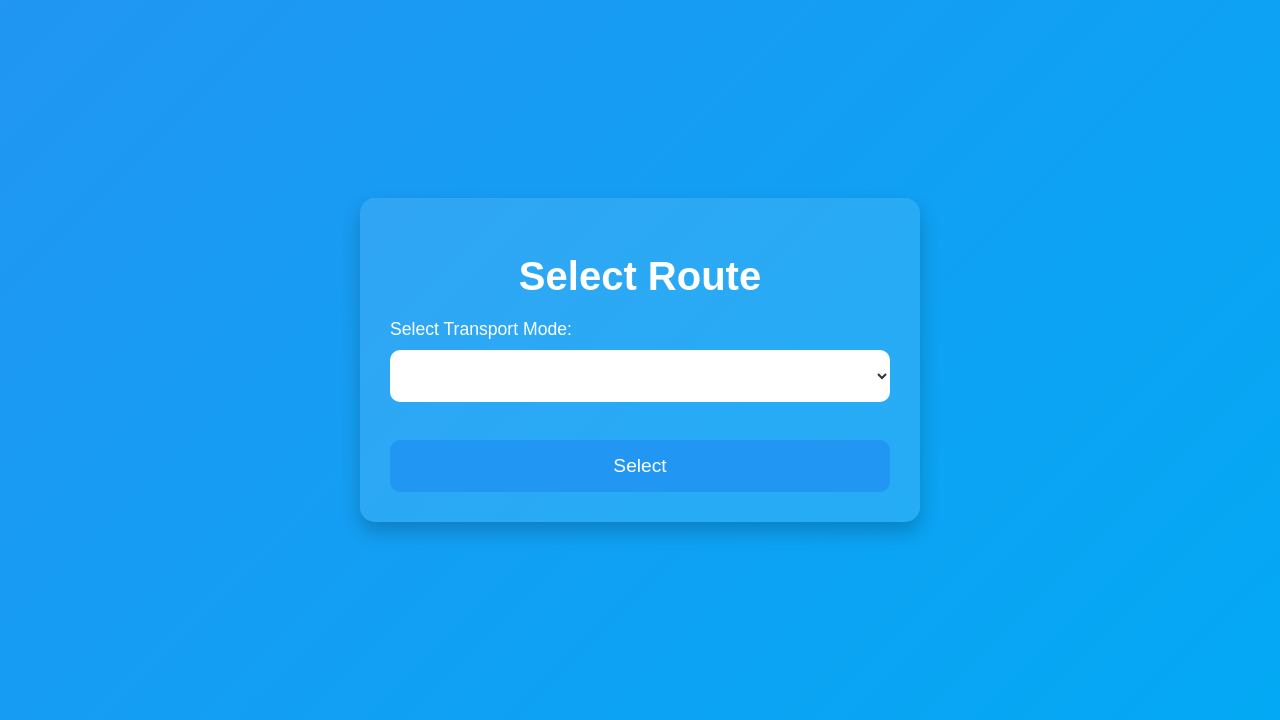
Repository: harutoNaiz/urban-mobility-system
Page: http://localhost/select_route
The author's editor kept a copy of each file at every save. The page is drawn from the files as they stood at one save, then again after the next save.
The browser window is 1280 px wide. The pictures show the whole page.
The page is served by the project's application, run on Flask 3 (app.py). Queries for data that is not in the repository find no rows.

Above is the page before, as saved 2024-11-15 13:40:28.

### app.py
from flask import Flask, render_template, request, redirect, url_for, jsonify, session
import pymysql
import json
from datetime import datetime, time

# Import database config
# config.py
DB_CONFIG = {
    'host': 'localhost',
    'user': 'root',
    'password': '',
    'db': 'urban_mobility1',
    'charset': 'utf8mb4',
    'cursorclass': pymysql.cursors.DictCursor
}

app = Flask(__name__)
app.secret_key = 'your_secret_key'  # Set a secret key for the session

# Connect to the MySQL database
def get_db_connection():
    return pymysql.connect(**DB_CONFIG)

# Add these imports to your existing Flask imports
from functools import wraps

# Admin authentication decorator
def admin_required(f):
    @wraps(f)
    def decorated_function(*args, **kwargs):
        if not session.get('is_admin'):
            return redirect(url_for('admin_login'))
        return f(*args, **kwargs)
    return decorated_function

# Add these routes to your existing Flask application
@app.route('/admin_login', methods=['GET', 'POST'])
def admin_login():
    if request.method == 'POST':
        username = request.form['username']
        password = request.form['password']

        connection = get_db_connection()
        with connection.cursor() as cursor:
            cursor.execute("SELECT * FROM AdminUsers WHERE Username = %s AND Password = %s",
                         (username, password))
            admin = cursor.fetchone()
        connection.close()

        if admin:
            session['is_admin'] = True
            return redirect(url_for('admin_dashboard'))
        else:
            return "Invalid admin credentials", 401

    return render_template('admin_login.html')

@app.route('/admin_dashboard')
@admin_required
def admin_dashboard():
    connection = get_db_connection()
    with connection.cursor() as cursor:
        # Fetch service providers
        cursor.execute("SELECT * FROM ServiceProviders")
        providers = cursor.fetchall()

        # Fetch transport modes
        cursor.execute("SELECT * FROM TransportModes")
        transport_modes = cursor.fetchall()

        # Fetch all payments
        cursor.execute("""
            SELECT p.*, u.Name as UserName
            FROM Payments p
            JOIN Users u ON p.UserID = u.UserID
            ORDER BY PaymentDate DESC
        """)
        payments = cursor.fetchall()

    connection.close()
    return render_template('admin_dashboard.html',
                         providers=providers,
                         transport_modes=transport_modes,
                         payments=payments)

@app.route('/admin/add_provider', methods=['POST'])
@admin_required
def add_provider():
    if request.method == 'POST':
        name = request.form['name']
        contact_info = json.dumps({
            'email': request.form['email'],
            'phone': request.form['phone']
        })
        provider_type = request.form['type']
        fleet_size = request.form['fleet_size']
        service_area = json.dumps({
            'area': request.form['service_area']
        })

        connection = get_db_connection()
        with connection.cursor() as cursor:
            cursor.execute("""
                INSERT INTO ServiceProviders (Name, ContactInfo, Type, FleetSize, ServiceArea)
                VALUES (%s, %s, %s, %s, %s)
            """, (name, contact_info, provider_type, fleet_size, service_area))
            connection.commit()
        connection.close()

        return redirect(url_for('admin_dashboard'))

# Add this new route to your Flask application
@app.route('/admin/delete_provider/<int:provider_id>', methods=['POST'])
@admin_required
def delete_provider(provider_id):
    connection = get_db_connection()
    try:
        with connection.cursor() as cursor:
            # First check if there are any transport modes associated with this provider
            cursor.execute("SELECT COUNT(*) as count FROM TransportModes WHERE ProviderID = %s", (provider_id,))
            result = cursor.fetchone()

            if result['count'] > 0:
                return jsonify({
                    'success': False,
                    'message': 'Cannot delete provider with associated transport modes'
                }), 400

            # Fixed SQL query - removed incorrect quotes around table and column names
            cursor.execute("DELETE FROM ServiceProviders WHERE ProviderID = %s", (provider_id,))
            connection.commit()

            return jsonify({
                'success': True,
                'message': 'Provider deleted successfully'
            })

    except Exception as e:
        connection.rollback()
        return jsonify({
            'success': False,
            'message': str(e)
        }), 500
    finally:
        connection.close()

@app.route('/admin/add_transport', methods=['POST'])
@admin_required
def add_transport():
    if request.method == 'POST':
        mode_type = request.form['mode_type']
        provider_id = request.form['provider_id']
        capacity = request.form['capacity']
        schedule = json.dumps({
            'weekday': request.form['weekday_schedule'],
            'weekend': request.form['weekend_schedule']
        })

        connection = get_db_connection()
        with connection.cursor() as cursor:
            cursor.execute("""
                INSERT INTO TransportModes (ModeType, ProviderID, Capacity, Schedule)
                VALUES (%s, %s, %s, %s)
            """, (mode_type, provider_id, capacity, schedule))
            connection.commit()
        connection.close()

        return redirect(url_for('admin_dashboard'))

@app.route('/admin_logout')
def admin_logout():
    session.pop('is_admin', None)
    return redirect(url_for('sign_in'))

# Inject payment history for user into the context
@app.context_processor
def inject_payments():
    user_id = session.get('user_id')
    payments = []
    if user_id:
        connection = get_db_connection()
        with connection.cursor() as cursor:
            # CRUDE OPERATION: Select recent payment history
            cursor.execute("""
                SELECT Amount, PaymentDate, PaymentMethod
                FROM Payments
                WHERE UserID = %s
                ORDER BY PaymentDate DESC
                LIMIT 5
            """, (user_id,))
            payments = cursor.fetchall()
        connection.close()
    return {'payments': payments}

@app.route('/')
def index():
    return redirect(url_for('sign_in'))

# Sign-in page for existing users
@app.route('/sign_in', methods=['GET', 'POST'])
def sign_in():
    if request.method == 'POST':
        email = request.form['email']
        password = request.form['password']
        connection = get_db_connection()

        with connection.cursor() as cursor:
            # CRUDE OPERATION: Call stored procedure to fetch user by email and password
            cursor.callproc('sp_get_user_by_email_password', (email, password))
            user = cursor.fetchone()

        connection.close()

        if user:
            session['user_id'] = user['UserID']  # Session storage
            return redirect(url_for('select_route'))
        else:
            return "User not found", 404

    return render_template('sign_in.html')

# Register a new user
@app.route('/register', methods=['GET', 'POST'])
def register_user():
    if request.method == 'POST':
        name = request.form['name']
        phone = request.form['phone']
        email = request.form['email']
        password = request.form['password']
        preferred_transport = request.form['preferred_transport']

        connection = get_db_connection()
        with connection.cursor() as cursor:
            # CRUDE OPERATION: Insert new user via function
            cursor.execute("SELECT RegisterUser(%s, %s, %s, %s, %s) AS new_user_id",
                           (name, phone, email, password, preferred_transport))
            new_user_id = cursor.fetchone()['new_user_id']
            connection.commit()
        connection.close()

        session['user_id'] = new_user_id
        return redirect(url_for('sign_in'))

    return render_template('register.html')

# Route selection with congestion suggestion
@app.route('/select_route', methods=['GET', 'POST'])
def select_route():
    user_id = session.get('user_id')

    if request.method == 'POST':
        route_id = request.form['route_id']

        # CRUDE OPERATION: Check congestion level for route
        connection = get_db_connection()
        with connection.cursor() as cursor:
            cursor.execute("SELECT CheckTrafficWarning(%s) AS traffic_warning", (route_id,))
            traffic_warning = cursor.fetchone()['traffic_warning']
        connection.close()

        if traffic_warning:
            return render_template('congestion_warning.html', traffic_warning=traffic_warning, route_id=route_id, user_id=user_id)
        else:
            return redirect(url_for('suggest_routes', route_id=route_id, user_id=user_id))

    # CRUDE OPERATION: Fetch available routes
    connection = get_db_connection()
    with connection.cursor() as cursor:
        cursor.execute("SELECT * FROM Routes")
        routes = cursor.fetchall()
    connection.close()

    return render_template('select_route.html', routes=routes, user_id=user_id)

# Handle budget input and show options
@app.route('/suggest_routes', methods=['POST'])
def suggest_routes():
    user_id = session.get('user_id')

    if not user_id:
        return jsonify({'message': 'User not authenticated.'}), 401

    budget = float(request.form['budget'])
    route_id = int(request.form['route_id'])

    connection = get_db_connection()
    with connection.cursor() as cursor:
        # Call stored procedure to suggest routes within budget
        cursor.callproc('sp_suggest_routes', (route_id, budget))
        suggested_routes = cursor.fetchall()
    connection.close()

    return render_template('payment.html', suggested_routes=suggested_routes, user_id=user_id)


@app.route('/admin/traffic/update/<int:route_id>', methods=['POST'])
@admin_required
def update_traffic(route_id):
    """Update traffic levels for a specific route"""
    connection = get_db_connection()
    try:
        with connection.cursor() as cursor:
            # First get current occupancy data
            cursor.execute("""
                SELECT tm.CurrentOccupancy, tm.Capacity, r.CurrentTrafficLevel
                FROM Routes r
                JOIN TransportModes tm ON r.TransportModeID = tm.TransportModeID
                WHERE r.RouteID = %s
            """, (route_id,))
            route_data = cursor.fetchone()

            if not route_data:
                return jsonify({
                    'success': False,
                    'message': 'Route not found'
                }), 404

            # Calculate occupancy ratio
            occupancy_ratio = (route_data['CurrentOccupancy'] / route_data['Capacity']) * 100

            # Determine new traffic level
            new_traffic_level = determine_traffic_level(
                occupancy_ratio=occupancy_ratio,
                current_time=datetime.now().time(),
                route_id=route_id,
                cursor=cursor
            )

            # Update route traffic level
            cursor.execute("""
                UPDATE Routes
                SET CurrentTrafficLevel = %s
                WHERE RouteID = %s
            """, (new_traffic_level, route_id))

            # Log traffic condition
            cursor.execute("""
                INSERT INTO TrafficConditions
                (RouteID, CongestionLevel, RealTimeUpdates)
                VALUES (%s, %s, NOW())
            """, (route_id, new_traffic_level))

            connection.commit()

            return jsonify({
                'success': True,
                'message': f'Traffic updated to {new_traffic_level}',
                'new_traffic_level': new_traffic_level,
                'occupancy_ratio': occupancy_ratio
            })

    except Exception as e:
        connection.rollback()
        return jsonify({
            'success': False,
            'message': str(e)
        }), 500
    finally:
        connection.close()

@app.route('/admin/traffic/monitor', methods=['GET'])
@admin_required
def monitor_traffic():
    """Get traffic monitoring dashboard data"""
    connection = get_db_connection()
    try:
        with connection.cursor() as cursor:
            # Get all active routes with their current traffic status
            cursor.execute("""
                SELECT
                    r.RouteID,
                    r.StartPoint,
                    r.EndPoint,
                    r.CurrentTrafficLevel,
                    tm.CurrentOccupancy,
                    tm.Capacity,
                    sp.Name as ProviderName,
                    tc.IncidentReports,
                    tc.WeatherImpact,
                    tc.RealTimeUpdates
                FROM Routes r
                JOIN TransportModes tm ON r.TransportModeID = tm.TransportModeID
                JOIN ServiceProviders sp ON tm.ProviderID = sp.ProviderID
                LEFT JOIN (
                    SELECT
                        RouteID,
                        IncidentReports,
                        WeatherImpact,
                        RealTimeUpdates,
                        ROW_NUMBER() OVER (PARTITION BY RouteID ORDER BY RealTimeUpdates DESC) as rn
                    FROM TrafficConditions
                ) tc ON tc.RouteID = r.RouteID AND tc.rn = 1
            """)
            routes = cursor.fetchall()

            # Calculate statistics
            traffic_stats = {
                'high_traffic_routes': len([r for r in routes if r['CurrentTrafficLevel'] == 'High']),
                'medium_traffic_routes': len([r for r in routes if r['CurrentTrafficLevel'] == 'Medium']),
                'low_traffic_routes': len([r for r in routes if r['CurrentTrafficLevel'] == 'Low']),
                'total_routes': len(routes)
            }

            return jsonify({
                'success': True,
                'routes': routes,
                'statistics': traffic_stats
            })

    except Exception as e:
        return jsonify({
            'success': False,
            'message': str(e)
        }), 500
    finally:
        connection.close()

def determine_traffic_level(occupancy_ratio, current_time, route_id, cursor):
    """
    Determine traffic level based on multiple factors:
    - Current occupancy
    - Time of day
    - Historical patterns
    - Weather impact (if available)
    """
    # Base traffic level from occupancy
    if occupancy_ratio >= 80:
        base_level = 'High'
    elif occupancy_ratio >= 50:
        base_level = 'Medium'
    else:
        base_level = 'Low'

    # Time-based adjustments (peak hours)
    peak_morning_start = time(7, 0)  # 7:00 AM
    peak_morning_end = time(9, 0)    # 9:00 AM
    peak_evening_start = time(16, 0) # 4:00 PM
    peak_evening_end = time(18, 0)   # 6:00 PM

    is_peak_time = (
        (peak_morning_start <= current_time <= peak_morning_end) or
        (peak_evening_start <= current_time <= peak_evening_end)
    )

    # Check weather impact
    cursor.execute("""
        SELECT WeatherImpact
        FROM TrafficConditions
        WHERE RouteID = %s
        ORDER BY RealTimeUpdates DESC
        LIMIT 1
    """, (route_id,))
    weather_data = cursor.fetchone()

    has_weather_impact = (
        weather_data and
        weather_data['WeatherImpact'] and
        weather_data['WeatherImpact'].lower() not in ['clear', 'none', '']
    )

    # Adjust traffic level based on factors
    if is_peak_time and base_level != 'High':
        # Increase traffic level during peak hours
        if base_level == 'Low':
            return 'Medium'
        elif base_level == 'Medium':
            return 'High'

    if has_weather_impact and base_level != 'High':
        # Increase traffic level due to weather
        if base_level == 'Low':
            return 'Medium'
        elif base_level == 'Medium':
            return 'High'

    return base_level


# Process booking and payment
#triggers
@app.route('/process_booking', methods=['POST'])
def process_booking():
    user_id = session.get('user_id')
    if not user_id:
        return jsonify({'message': 'User not authenticated.'}), 401

    transport_mode_id = int(request.form['transport_mode_id'])
    journey_cost = float(request.form['cost'])
    payment_method = request.form['payment_method']

    connection = get_db_connection()
    try:
        with connection.cursor() as cursor:
            # Check capacity and record journey
            cursor.execute("""
                INSERT INTO Journeys (StartTime, JourneyCost, TransportModeID, RouteID)
                VALUES (NOW(), %s, %s, (SELECT RouteID FROM Routes WHERE TransportModeID = %s))
            """, (journey_cost, transport_mode_id, transport_mode_id))
            connection.commit()

            # Record payment
            cursor.execute("""
                INSERT INTO Payments (UserID, ProviderID, Amount, PaymentMethod, DiscountApplied)
                VALUES (%s, (SELECT ProviderID FROM TransportModes WHERE TransportModeID = %s), %s, %s, 0)
            """, (user_id, transport_mode_id, journey_cost, payment_method))
            connection.commit()

    except pymysql.MySQLError as e:
        connection.rollback()
        return jsonify({'message': str(e)}), 400
    finally:
        connection.close()

    return jsonify({'message': 'Booking and payment successful!'}), 200

@app.route('/logout')
def logout():
    session.pop('user_id', None)
    return redirect(url_for('sign_in'))

if __name__ == '__main__':
    app.run(debug=True)

### templates/select_route.html
{% if session.get('user_id') %}
    {% include 'navbar.html' %}
{% endif %}

<!DOCTYPE html>
<html lang="en">
<head>
    <meta charset="UTF-8">
    <meta name="viewport" content="width=device-width, initial-scale=1.0">
    <title>Select Route</title>
    <style>
        body {
            font-family: 'Arial', sans-serif;
            background: linear-gradient(135deg, #2196F3, #03A9F4);
            margin: 0;
            padding: 0;
            height: 100vh;
            display: flex;
            justify-content: center;
            align-items: center;
            color: #fff;
        }

        .container {
            background: rgba(255, 255, 255, 0.1);
            padding: 30px;
            border-radius: 15px;
            box-shadow: 0 10px 20px rgba(0, 0, 0, 0.2);
            width: 100%;
            max-width: 500px;
            text-align: center;
        }

        h1 {
            font-size: 2.5rem;
            margin-bottom: 20px;
            color: #fff;
        }

        label {
            font-size: 1.1rem;
            display: block;
            margin-bottom: 10px;
            text-align: left;
            color: #fff;
        }

        select {
            width: 100%;
            padding: 15px;
            margin: 10px 0;
            font-size: 1.1rem;
            border: none;
            border-radius: 10px;
            background-color: #fff;
            color: #333;
            box-sizing: border-box;
        }

        button {
            width: 100%;
            padding: 15px;
            background-color: #2196F3;
            color: #fff;
            font-size: 1.2rem;
            border: none;
            border-radius: 10px;
            cursor: pointer;
            transition: background-color 0.3s ease;
        }

        button:hover {
            background-color: #1976D2;
        }

        p {
            margin-top: 20px;
            color: #fff;
        }

        a {
            color: #03A9F4;
            text-decoration: none;
            font-weight: bold;
        }

        a:hover {
            color: #fff;
        }
    </style>
</head>
<body>

    <div class="container">
        <h1>Select Route</h1>
        <form method="POST">
            <label>Select Transport Mode:
                <select name="transport_mode_id">
                    {% for route in suggested_routes %}
                        <option value="{{ route.TransportModeID }}">
                            {{ route.ModeType }} - Cost: {{ route.Cost }}
                        </option>
                    {% endfor %}
                </select>
            </label><br>

            <input type="hidden" name="user_id" value="{{ user_id }}">

            <button type="submit">Select</button>
        </form>
    </div>
</body>
</html>

After the next save:
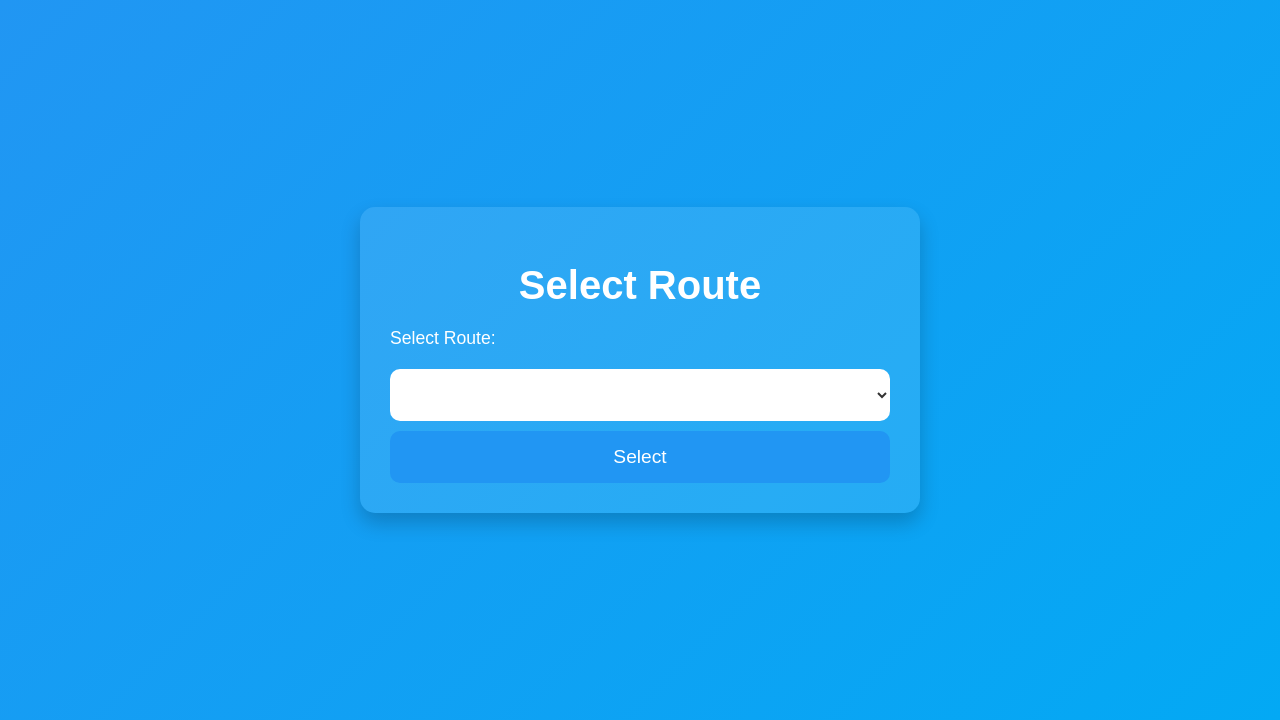
Saved 52 s later.
--- a/templates/select_route.html
+++ b/templates/select_route.html
@@ -94,15 +94,12 @@
     <div class="container">
         <h1>Select Route</h1>
         <form method="POST">
-            <label>Select Transport Mode:
-                <select name="transport_mode_id">
-                    {% for route in suggested_routes %}
-                        <option value="{{ route.TransportModeID }}">
-                            {{ route.ModeType }} - Cost: {{ route.Cost }}
-                        </option>
-                    {% endfor %}
-                </select>
-            </label><br>
+            <label for="route_id">Select Route:</label>
+            <select id="route_id" name="route_id">
+                {% for route in routes %}
+                    <option value="{{ route.RouteID }}">{{ route.StartPoint }} to {{ route.EndPoint }}</option>
+                {% endfor %}
+            </select><br>
 
             <input type="hidden" name="user_id" value="{{ user_id }}">
 
